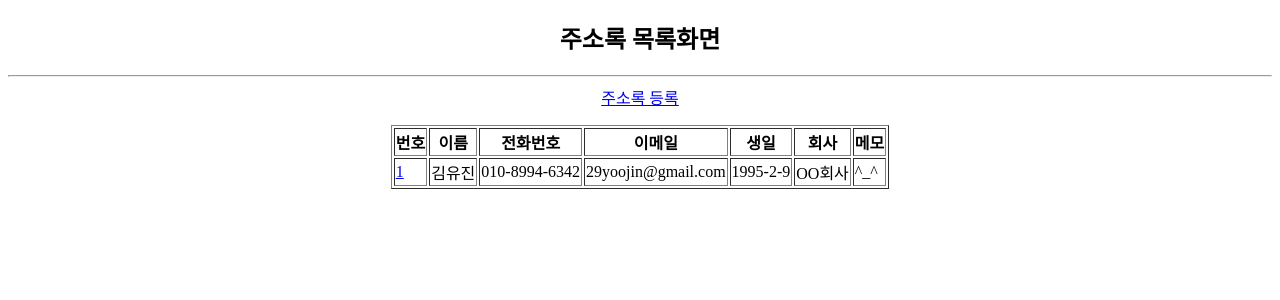
Repository: nijooymik/smartfactory
Page: http://localhost/t0722/address/addrbook_list.jsp
An editor plug-in stored every save of this project. The page is shown before and after the next save, followed by the edit.
The browser window is 1280 px wide. The pictures show the whole page.
The page is served by Tomcat 9.

Above is the page before, as saved 2022-07-22 03:27:15.

After the next save:
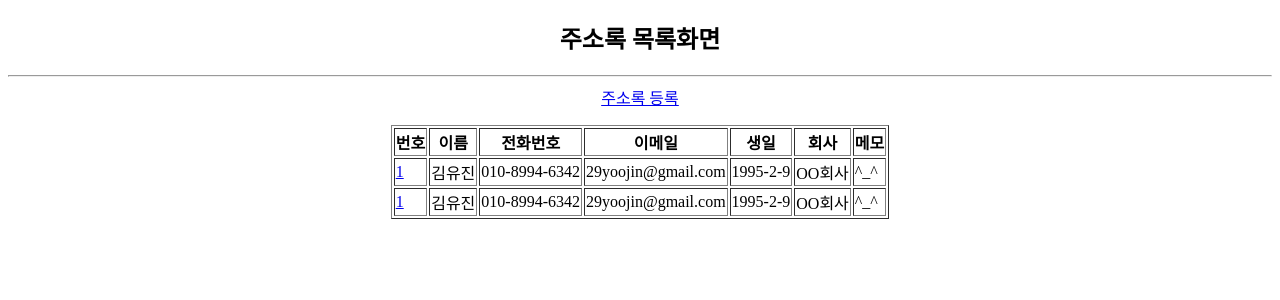
Saved 2 min 22 s later.
--- a/jsp/t0722/src/main/webapp/address/addrbook_list.jsp
+++ b/jsp/t0722/src/main/webapp/address/addrbook_list.jsp
@@ -32,6 +32,15 @@
 					<td>OO회사</td>
 					<td>^_^</td>
 				</tr>
+				<tr>
+					<td><a href="addrbook_edit_form.jsp">1</a></td>
+					<td>김유진</td>
+					<td>010-8994-6342</td>
+					<td>29yoojin@gmail.com</td>
+					<td>1995-2-9</td>
+					<td>OO회사</td>
+					<td>^_^</td>
+				</tr>
 			</table>
 		</form>
 	</div>
